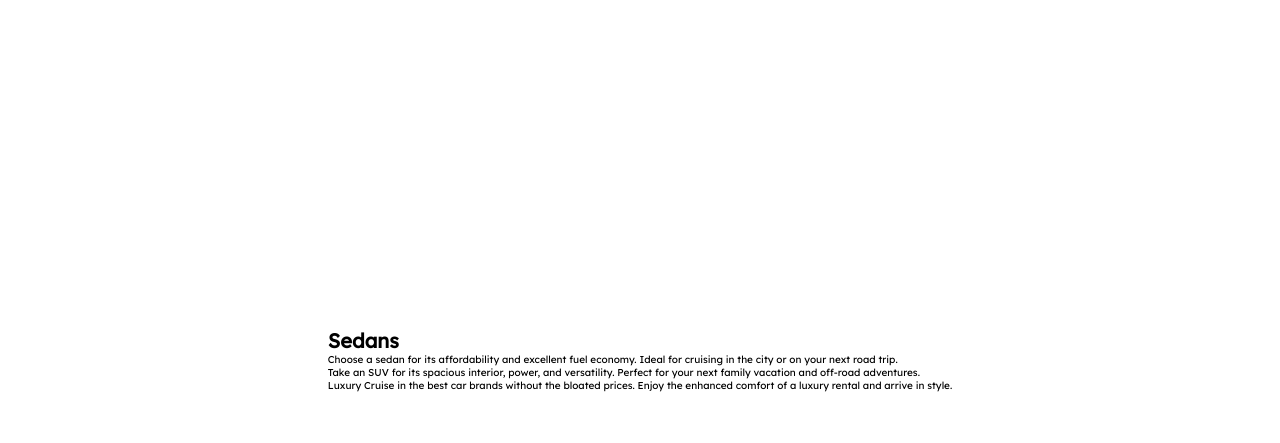
Repository: thaibaocoder1/3-column-card
Page: index.html
An editor plug-in stored every save of this project. The page is shown before and after the next save, followed by the edit.
The browser window is 1280 px wide. The pictures show the whole page.

Above is the page before, as saved 2023-01-11 20:43:09.

### index.html
<!DOCTYPE html>
<html lang="en">
<head>
  <meta charset="UTF-8">
  <meta name="viewport" content="width=device-width, initial-scale=1.0">
  <link rel="icon" type="image/png" sizes="32x32" href="./images/favicon-32x32.png">
  <title>Frontend Mentor | 3-column preview card component</title>
  <link rel="preconnect" href="https://fonts.googleapis.com">
  <link rel="preconnect" href="https://fonts.gstatic.com" crossorigin>
  <link href="https://fonts.googleapis.com/css2?family=Big+Shoulders+Display:wght@700&family=Lexend+Deca&display=swap" rel="stylesheet">
  <link rel="stylesheet" href="./styles.css">
</head>
<body>

  <main class="container">
    <div class="container__box">
      <h1 class="container__box--heading">Sedans</h1>
      Choose a sedan for its affordability and excellent fuel economy. Ideal for cruising in the city
      or on your next road trip.
    </div>

    <div class="container__box">
      <h1 class="container__box--heading"></h1>
      Take an SUV for its spacious interior, power, and versatility. Perfect for your next family vacation
      and off-road adventures.
    </div>

    <div class="container__box">
      Luxury
      Cruise in the best car brands without the bloated prices. Enjoy the enhanced comfort of a luxury
      rental and arrive in style.
    </div>
  </main>


</body>
</html>

### styles.css
* {
    margin: 0;
    padding: 0;
    box-sizing: border-box;
}
html {
    font-size: 62.5%;
}
body {
    text-rendering: optimizeLegibility;
    scroll-behavior: smooth;
    font-family: 'Big Shoulders Display', cursive;
    font-family: 'Lexend Deca', sans-serif;
    display: flex;
    align-items: center;
    justify-content: center;
    min-height: calc(100vh - 1px);
}
:root {
    --bright-orange: hsl(31, 77%, 52%);
    --dark-cyan: hsl(184, 100%, 22%);
    --very-dark-cyan: hsl(179, 100%, 13%);
    --white-p:  hsla(0, 0%, 100%, 0.75);
    --light-gray: hsl(0, 0%, 95%);
}

After the next save:
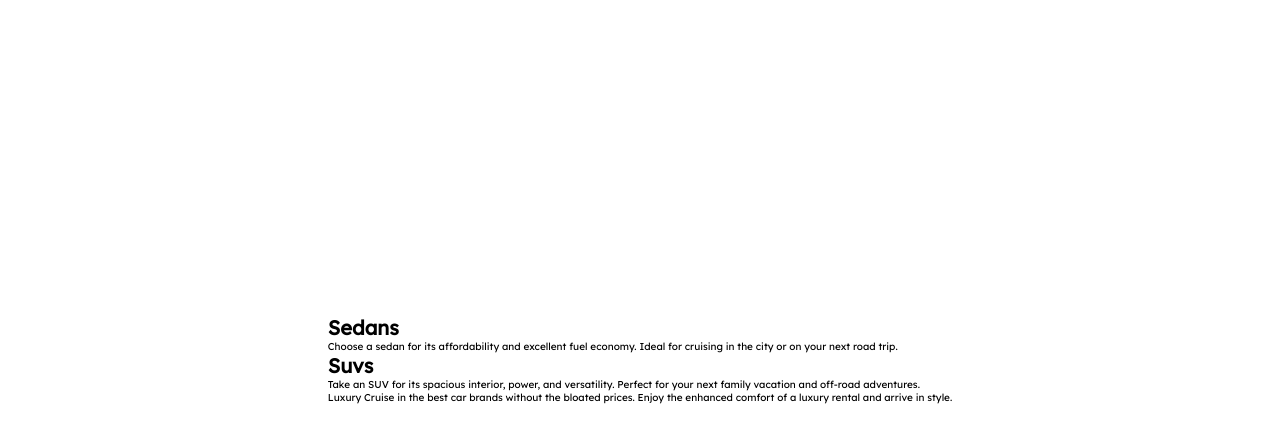
Saved 5 s later.
--- a/index.html
+++ b/index.html
@@ -20,7 +20,7 @@
     </div>
 
     <div class="container__box">
-      <h1 class="container__box--heading"></h1>
+      <h1 class="container__box--heading">Suvs</h1>
       Take an SUV for its spacious interior, power, and versatility. Perfect for your next family vacation
       and off-road adventures.
     </div>
